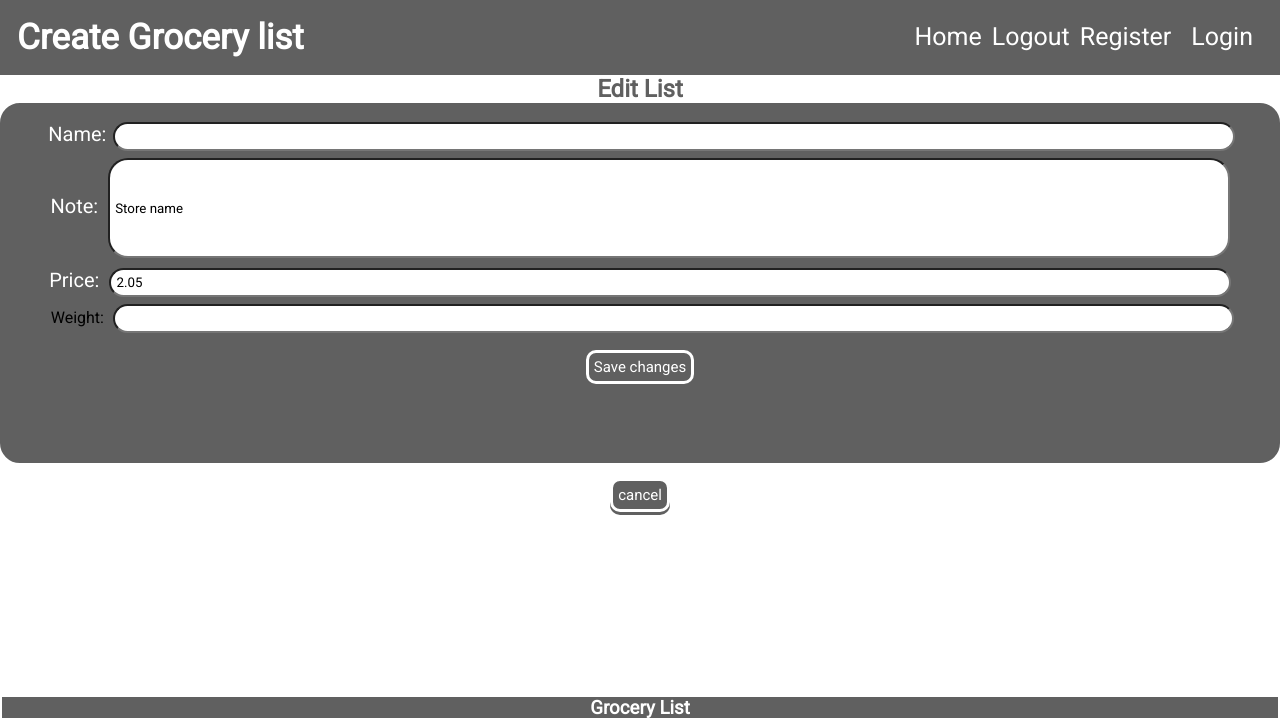
Repository: mhyder1/grocery-client
Page: /edit-lists/1
An editor plug-in stored every save of this project. The page is shown before and after the next save, followed by the edit.
The browser window is 1280 px wide. The pictures show the whole page.
The project was rebuilt for these pictures with package versions that can differ from the ones it lists, and the page was loaded fresh each time. Also part of the build but not shown: src/Components/Header/Header.js, src/Components/Errorpage/ErrorPage.js, src/Config/Config.js, src/services/AuthAPIService.js, src/services/TokenService.js, src/Components/Login/Login.js, src/Components/Validation/ValidationError.js, src/Components/BackButton/BackButton.js and 7 more.

Above is the page before, as saved 2020-12-22 16:03:06.

### src/index.js
import React from 'react';
import ReactDOM from 'react-dom';
import {BrowserRouter} from "react-router-dom";
import App from './App';



ReactDOM.render(
  <BrowserRouter>
    <App />
  </BrowserRouter>,
  document.getElementById('root')
);

### src/App.css
    * {
        box-sizing: border-box;
        font-family: 'Roboto', sans-serif;
        margin: 0;
        padding: 0;
    }

    body {
        margin: 0;
        padding: 0;
        height: 100%;
    }

    .delete-button,
    .edit-button,
    .close-button {
        margin: 5px;
        padding: 5px;
        font-size: 15px;
        margin-top: 15px;
        border-radius: 10px;
        background-color: #606060;
        border: 3px #606060 solid;
        box-shadow: 0 3px 0 #606060;
        color: white;
        cursor: pointer;
    }
    /* Todolist / main todos page */

    .completed-check-logo {
        position: relative;
        bottom: 25px;
        left: 5px;
        font-size: 30px;
        color: white;
    }

    .create-list-button {
        padding: 10px;
        font-size: 15px;
        margin-top: 15px;
        border-radius: 20px;
        background-color: #606060;
        border: 3px #606060 solid;
        box-shadow: 0 3px 0 #606060;
        cursor: pointer;
        transition: all 0.1s linear;
        color: white;
    }

    .create-list-button:active {
        color: white;
        box-shadow: 0 3px 0 #606060;
        transform: translateY(3px);
    }

    .create-list-button a {
        color: white;
    }

    .create-list-button a {
        text-decoration: none;
        color: white;
    }

    .pending-lists ul a {
        text-decoration: none;
    }

    .completed-lists,
    .pending-lists a:link {
        color: white;
        margin: 2px;
    }

    .completed-lists ul a {
        text-decoration: none;
    }

    .edit-delete-lists {
        display: inline-block;
        padding: 10px;
    }

    .GroceryList,
    .view-lists {
        flex: 1;
    }

    .main-lists {
        background: white;
        text-align: center;
        display: flex;
    }

    .inactive-form {
        display: none;
    }

    ul li {
        padding: 10px;
        list-style-type: none;
        border-radius: 20px;
        margin: 10px;
        background-color: #606060;
    }

    /* .list-textbox {
        padding: 5px;
        border: #606060 2px solid;
        border-radius: 10px;
        width: 75%;
        margin: 0 auto;
        margin-top: 5%;
    } */

    ul {
        padding-left: 0;
    }

    .view-lists {
        display: flex;
        flex-direction: column;
        align-items: center;
    }

    .view-list-task {
        border: #606060 2px solid;
        background: #606060;
        border-radius: 20px;
        margin-top: 30px;
        width: 85%;
    }

    .view-list-category {
        color: white;
    }

    .list-details,
    .list-checkbox,
    .edit-delete-lists {
        margin-top: 10px;
    }

    /* .list-textbox {
        background: white;
        height: 20px;
    } */

    .checkmark {
        height: 15px;
        width: 15px;
        background-color: #eee;
    }

    .checkmark p {
        font-size: 20px;
    }

    .list-checkbox {
        display: flex;
        justify-content: center;
    }
    /* Modal styling */

    .modal {
        position: fixed;
        top: 0;
        left: 0;
        width: 100%;
        height: 100%;
        background: white;
        color: white;
    }

    .modal-main {
        color: white;
        position: fixed;
        background: #606060;
        width: 80%;
        height: 60%;
        top: 50%;
        left: 50%;
        transform: translate(-50%, -50%);
    }

    .modal-main h2 {
        margin-top: 25px;
    }

    .display-block {
        display: block;
    }

    .display-none {
        display: none;
    }
    /* Edit form */

    .edit-lists {
        justify-content: center;
        justify-content: space-between;
    }

    .edit-form {
        color: white;
        display: flex;
        flex-direction: column;
        align-items: center;
        padding: 35px;
    }

    .edit-list-input {
        margin: 2px;
        /* color: white; */
        border-radius: 20px;
        padding: 5px;
        width: 90%;
    }

    .edit-price-input {
        margin: 5px;
        border-radius: 20px;
        padding: 5px;
        width: 90%;
    }

    .edit-weight-input {
        margin: 2px;
        border-radius: 20px;
        padding: 5px;
        width: 90%;
    }

    .edit-note-input {
        margin: 5px;
        border-radius: 20px;
        padding: 5px;
        width: 90%;
        height: 100px;
    }

    .edit-list-label {
        color: white;
        font-size: 20px;
        padding: 5px;
    }

    .edit-section {
        height: 50vh;
        margin: auto;
        width: 100%;
        border: #606060 2px solid;
        background: #606060;
        border-radius: 20px;
        padding: 15px;
    }

    .edit-list-button {
        margin: 5px;
        padding: 5px;
        font-size: 15px;
        margin-top: 15px;
        border-radius: 10px;
        background-color: #606060;
        border: 3px white solid;
        box-shadow: 0 3px 0 #606060;
        color: white;
        cursor: pointer;
    }
    /* Features / get started homepage */

    .features {
        display: flex;
        flex-wrap: wrap;
        justify-content: space-evenly;
        background-color: #606060;
        padding: 150px;
    }

    .features-p {
        width: 45%;
        border: white 2px solid;
        border-radius: 20px;
        padding: 50px;
        margin: 15px;
        color: white;
    }

    .homepage-features {
        display: flex;
    }

    .features-check,
    .features-update,
    .features-star {
        font-size: 80px;
        color: white;
    }
    /* Footer */

    .footer {
        border: white 2px solid;
        background-color: #606060;
        color: white;
        height: 25px;
        position: fixed;
        bottom: 0;
        width: 100%;
    }

    @media screen and (min-width: 320px) and (max-width: 2000px) {
        .homepage-features {
            display: flex;
        }
        .features {
            display: flex;
            flex-wrap: wrap;
            justify-content: space-evenly;
            background-color: #606060;
            padding: 75px;
        }
        p {
            color: white;
        }
        .features-p {
            border: white 2px solid;
            padding: 77px;
            margin: 15px;
            width: 100%;
            color: white;
        }
    }

    @media screen and (min-width: 320px) and (max-width: 768px) {
        header {
            padding: 50px;
        }
        .features {
            padding: 122px;
        }
    }

    @media screen and (min-width: 320px) and (max-width: 425px) {
        .register-form {
            display: flex;
            flex-direction: column;
            align-items: center;
            border: grey 2px solid;
            width: 80%;
            padding: 50px;
            border-radius: 20px;
            margin-top: 10%;
        }
    }

### src/Context/Context.js
import React from "react";


let Context = React.createContext({
    lists: [],
    categories: [],
    setLoggedInUserLists: () => { },
    setUser: () => { },
    setCategories: () => { },
    handleLogout: () => { },
    toggleComplete: () => { },
    createList: () => { },
    deleteList: () => { },
    updateList: () => { },

});

export default Context;

### src/Components/Navbar/Navbar.js
import React from "react"
import { Link } from "react-router-dom";
import Context from "../../Context/Context"
import "./Navbar.css"

class Navbar extends React.Component {
    static contextType = Context

    render() {
        return (
            <nav>
                <div className="logo-section">
                    <h1>
                        <Link to="/grocery-list-categories">Create Grocery list</Link>
                    </h1>

                </div>

                <div className="nav-links">
                    <Link to="/grocery-list-categories">Home
                    </Link>

                    <button
                    type="submit"
                    className="logout-button"
                    >
                        Logout


                    </button>
                    <Link to ="/register">
                        <button
                        className="register-button" type="submit"
                        > Register

                        </button></Link>
                        <Link to ="/login">
                            <button type="submit" className="login-button">
                                Login

                            </button>
                        </Link>

                </div>


            </nav>
        );
    }


}

export default Navbar;

### src/Components/EditList/EditList.js
import React from "react";
import Context from "../../Context/Context";



class EditList extends React.Component {
    static contextType = Context;

    state = {
        id: "",
        name: "",
        note: "",
        price: "",
        weight: "",
        category: "",
        checked: "",
        category_id: "",
        start_date: "",

    };

    componentDidMount() {
        let list = this.context.lists.find(list => list.id === this.props.match.params.id)
        const {note, name, price, weight} = list
        console.log(list)
        this.setState({
            note,
            name,
            price,
            weight
        })
    }

    handleSubmit = (e) => {
        e.preventDefault();
        let {
            id,
            name,
            note,
            price,
            weight,
            category,
            checked,
            category_id,
            start_date





        } = this.state;
        let newList = {
            id,
            name,
            note,
            price,
            weight,
            category,
            checked,
            category_id,
            start_date


        }
        this.resetFields();
        this.context.updateList(newList);
        // this.props.history.push(`/grocery-lists/${this.props.match.params.id}`)
         this.setState({newList})
    }

    resetFields = () => {
        this.setState ({
            id: "",
            name: "",
            note: "",
            price: "",
            weight: "",
            category: "",


        })
    }
    handleUpdateName = (e) => {
        this.setState({
            name: e.target.value,

        });
    }

    handleUpdateNote = (e) => {
        this.setState({
            note: e.target.value,
        })
    }

    handleUpdatePrice = (e) => {
        this.setState({
            price: e.target.value,
        })
    }
    handleUpdateWeight = (e) => {
        this.setState({
            weight: e.target.value
        })
    }

    handleClickCancel = (e) => {
        // this.props.history.push(`/grocery-lists/${this.props.match.params.id}`);
    }

    render() {
        console.log(this.context)
        console.log(this.props)
        let {name, note, price, weight} = this.state;
        return(
            <div className="edit-lists">
                <form onSubmit ={(e) => this.handleSubmit(e.target.value)} clasName="edit-form">
                    <h2>Edit List</h2>
                    <div className="edit-section">
                        <label className="edit-list-label">Name:

                        </label>
                        <input
                        onChange={(e) => this.handleUpdateName(e)}
                            className="edit-list-input"
                        value={name}
                        name = "name"
                        type="text"
                        />
                        <label className="edit-list-label">Note:

                        </label>
                        <input
                           onChange={(e) => this.handleUpdateNote(e)}

                           className="edit-note-input"
                            type="text"
                            value={note}
                           name="note"
                        />
                        <label className="edit-list-label"

                        >
                            Price:

                        </label>
                        <input
                           onChange={(e) => this.handleUpdatePrice(e)}
                           className="edit-price-input"
                            type="text"
                            value={price}
                           name="price"
                        />
                        <label
                           className="edit-list-input"
                        >
                            Weight:

                        </label>
                        <input
                            onChange={(e) => this.handleUpdateWeight(e)}
                           className="edit-weight-input"
                            type="text"
                            value={weight}
                           name="weight"
                        />
                        <button className="edit-list-button" type="submit">
                           Save changes
                        </button>

                    </div>
                    <button
                    onClick={this.handleClickCancel()}
                       className="edit-list-button"
                       type="button"

                    >{" "}
                    cancel

                    </button>

                </form>

            </div>
        )
    }
}

export default EditList;

### src/Components/Footer/Footer.js
import React from "react";

function Footer() {
    return(
        <footer className="footer">
            <h3>Grocery List</h3>
        </footer>
    )
}


export default Footer;

### src/listData.js
const listData =  {
    "Categories": [
        {
            "category_Id" : "1",
            "CategoryName": "Vegetables"
        },
        {
            "category_Id" : "2",
            "CategoryName": "Fruits"
        },
        {
            "category_Id" : "3",
            "CategoryName": "Grain"
        },
        {
            "category_Id" : "4",
            "CategoryName": "Frozen"
        },
        {
            "category_Id" : "5",
            "CategoryName": "Miscellaneous"
        },
    ],
    "lists": [
        {    "id" : "1",
            "Name": "Cabbage",
            "note" : "Store name",
            "category_Id": "1",
            "price": "2.05",
            "Weight": "2 lbs",
        },

        {
            "id" : "2",
            "Name": "Maize",
            "note" : "next week new deal",
            "category_Id": "3",
            "price": "3.05",
            "Weight": "3 lbs",
        },

        {
            "id" : "3",
            "Name": "Pineapple",
            "note" : "next week new deal",
            "category_Id": "2",
            "price": "5.05",
            "Weight": "2 piece"
        },
        {
            "id" : "4",
            "Name": "Frozen Strawberris",
            "note" : "next week new deal",
            "category_Id": "4",
            "price": "5.05",
            "Weight": "3 lbs"
        },
        {
            "id" : "5",
            "Name": "Toilet Paper",
            "note" : "next week new deal",
            "category_Id": "5",
            "price": "5.05",
            "Weight": "1 pack"
        },
    ]

}


export default listData;

### src/Components/Header/Header.css
.App {
    text-align: center;
}

header {
    padding: 200px;
}

header h2 {
    font-size: 35px;
    color: #0d0e18;
}

span {
    display: block;
}

.logo-section {
    display: flex;
    align-items: center;
}

.logo-check {
    font-size: 35px;
    color: #bec0cf;
}


/* button */

#create-here {
    padding: 14px;
    font-size: 20px;
    margin-top: 20px;
    border-radius: 20px;
    background-color: #929497;
    border: 3px #909499 solid;
    box-shadow: 0 3px 0 #5b5b5e;
    cursor: pointer;
    transition: all 0.1s linear;
}

#create-here:active {
    box-shadow: 0 3px 0 #929497;
    transform: translateY(3px);
}

#create-here a {
    text-decoration: none;
    color: white;
}

### src/Components/Navbar/Navbar.css
/* Navbar*/

nav {
    border: #606060 2px solid;
    background: #606060;
    padding: 15px;
    font-size: 30px;
    width: 100%;
    display: flex;
    justify-content: space-between;
    flex-wrap: wrap;
}

nav h1 {
    font-size: 35px;
}

.nav-links a {
    margin: 10px;
    font-size: 25px;
    color: white;
}

nav h1,
nav a {
    text-decoration: none;
    color: white;
}

nav a:hover {
    color: #36332c;
}

### src/Components/Login/Login.css
.credentials-section {
    display: flex;
    flex-direction: column;
    border: 2px solid grey;
    padding: 30px;
    border-radius: 20px;
    align-items: center;
    margin-top: 2%;
    background: #d4cdcb;
}

.create-account {
    padding: 15px;
    font-size: 25px;
}

.login-form-input {
    border-radius: 20px;
    padding: 5px;
    width: 90%;
}

.login-sign-in {
    padding: 12px;
    margin-top: 20px;
    border-radius: 20px;
    font-size: 20px;
    background-color: #595a5c;
    color: white;
    cursor: pointer;
}

.login-username,
.login-password {
    font-size: 20px;
    padding: 5px;
    color: #3d405b;
}

.login-form {
    display: flex;
    flex-direction: column;
    align-items: center;
}

.login-form {
    color: #3d405b;
}

.login-form h1 {
    margin-top: 25px;
}

.create-an-account {
    padding: 15px;
}

.register-button,
.logout-button,
.login-button {
    border: none;
    background: none;
    font-size: 25px;
    color: #3d405b;
    padding: 0;
}

register-button:hover,
.logout-button:hover,
.login-button:hover {
    color: #312f29;
}

### src/Components/ListForm/ListForm.css
.add-list-form {
    display: flex;
    flex-direction: column;
    align-items: center;
}

.add-list-button,
.back-button {
    margin: 5px;
    padding: 5px;
    font-size: 15px;
    margin-top: 15px;
    border-radius: 10px;
    background-color: #929497;
    border: 3px #929497 solid;
    box-shadow: 0 3px #929497;
    color: white;
    cursor: pointer;

}

.add-list-section {
    display: flex;
    flex-direction: column;
    align-items: center;
    border: 2px #929497 solid;
    border-radius: 20px;
    padding: 15px;
    width: 75%;
}

#category-dropdown {
    padding: 5px;
    margin: 10px;
    border-radius: 20px;
}

.list-label {
    font-size: 20px;
    padding: 5px;
    color: #3d405b;
}

.add-name-input {
    border-radius: 20px;
    padding: 5px;
    width: 60%;
}

.add-note-input {
    border-radius: 20px;
    padding: 5px;
    width: 60%;
    height: 100px;
}

.add-price-input{
    border-radius: 20px;
    padding: 5px;
    width: 30%;
    height: auto;

}

.add-Weight-input{
    border-radius: 20px;
    padding: 5px;
    width: 30%;
    height: auto;

}

.register-button {
    color: white;
}

.register-button:hover {
    color:#36332c;
}

.logout-button {
    color: white;
}

.login-button {
    color: white;
}

### src/Components/CategoriesPage/CategoriesPage.css
.categories-header h1 {
    color: 	#404040;
}




.veg {
    background-color: #606060;
    color: white;
}

.fruits {
    background-color: #606060;
    color: white;
}

.grain {
    background-color: #606060;
    color: white;
}

.frozen {
    background-color: #606060;
    color: white;
}

.btn {
    background-color: #606060;
}

.grocery-list-category.btn a {
    color: white;
    font-size: 20px;
    text-decoration: none;
}

.mis {
    background-color: #606060;
    color: white;
}

.grocery-list-categories {
    display: flex;
    justify-content: center;
    flex-wrap: wrap;
    margin: 10px auto;
    max-width: 1200px;
    flex-direction: column;
    padding-bottom: 10px;
}

.add-cat-button {
  background: white;
  border: 3px #929497 solid;
  box-shadow: 0 3px #929497;
  border-radius: 10px;
  height: 30px;
  width: 110px;
  margin: 10px;

}

.add-cat-button:hover {
    color: white;
    background: #D0D0D0
}

.add-cat-button a,
a:active {
  font-size: 15px;
  text-decoration: none;
  color: black;
}

.grocery-list-category {
  margin: 15px 2.5%;
  max-width: 1200px;
  padding: 50px;
  flex-basis: 45%;
  box-sizing: border-box;
  border-radius: 20px;
}
.categories-1-2,
.categories-3-4,
.categories-5 {
  flex: 1;
}






@media screen and (min-width: 767px) {
    .grocery-list-categories {
        flex-direction: row;
    }

    header.categories-header {
        padding: 45px;
    }



}

### src/Components/Register/Register.css
/* Register user page */

.register-user {
    display: flex;
    justify-content: center;
}

h2 {
    color: #606060;
}

.register-form {
    border-radius: 20px;
    background: #606060;
    display: flex;
    flex-direction: column;
    align-items: center;
    border: #606060 2px solid;
    width: 40%;
    padding: 50px;
    margin-top: 5%;
}

.register-form input {
    border-radius: 20px;
    padding: 5px;
    width: 90%;
}

.register-name,
.register-username,
.register-password,
.confirm-password {
    font-size: 20px;
    padding: 5px;
    color: white;
}

.register-error {
    border: 2px white solid;
    border-radius: 20px;
    padding: 5px;
    background: white;
    color: #3d405b;
}

.register-submit {
    border: white 2px solid;
    padding: 20px;
    margin-top: 20px;
    border-radius: 20px;
    font-size: 20px;
    background-color: #606060;
    color: white;
    cursor: pointer;
}

@media screen and (min-width: 320px) and (max-width: 425px) {
    .register-form {
        display: flex;
        flex-direction: column;
        align-items: center;
        border: grey 2px solid;
        width: 80%;
        padding: 50px;
        border-radius: 20px;
        margin-top: 10%;
    }
}

Loaded but not shown: public/index.html (common file); src/App.js (206 lines, source omitted)

After the next save:
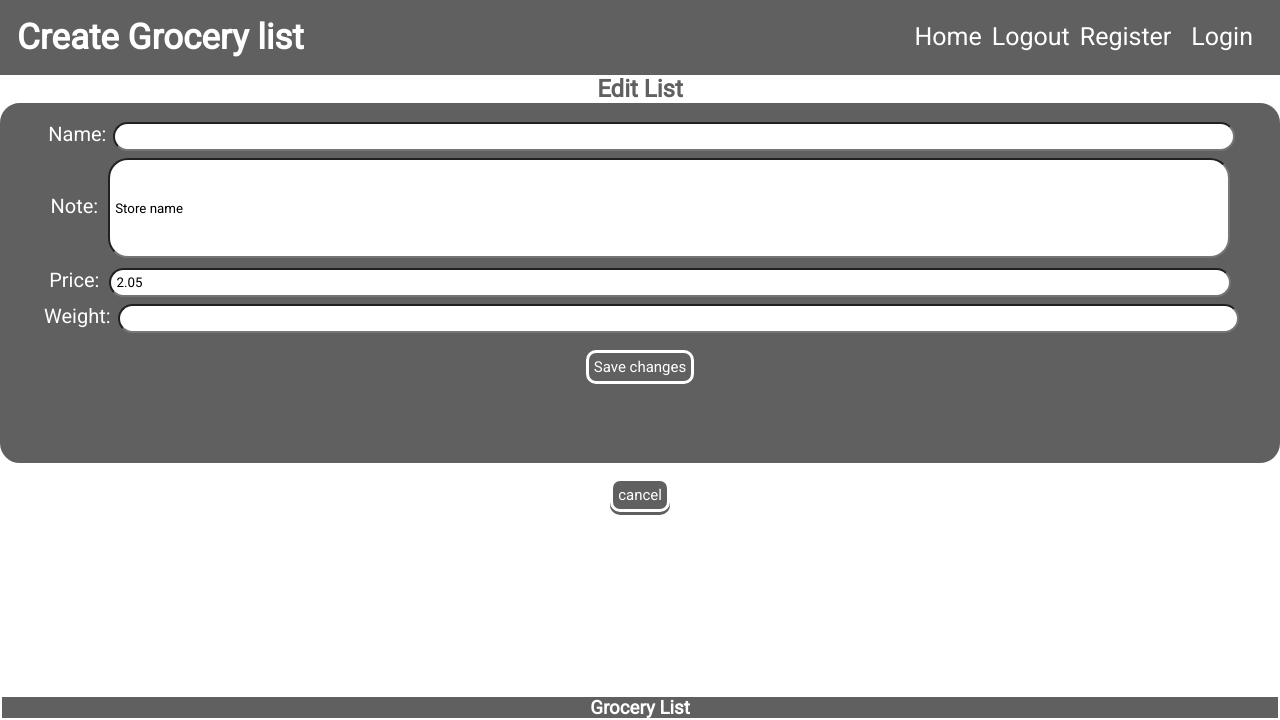
Saved 62 s later.
--- a/src/Components/EditList/EditList.js
+++ b/src/Components/EditList/EditList.js
@@ -152,7 +152,7 @@ class EditList extends React.Component {
                            name="price"
                         />
                         <label
-                           className="edit-list-input"
+                           className="edit-list-label"
                         >
                             Weight:
 
